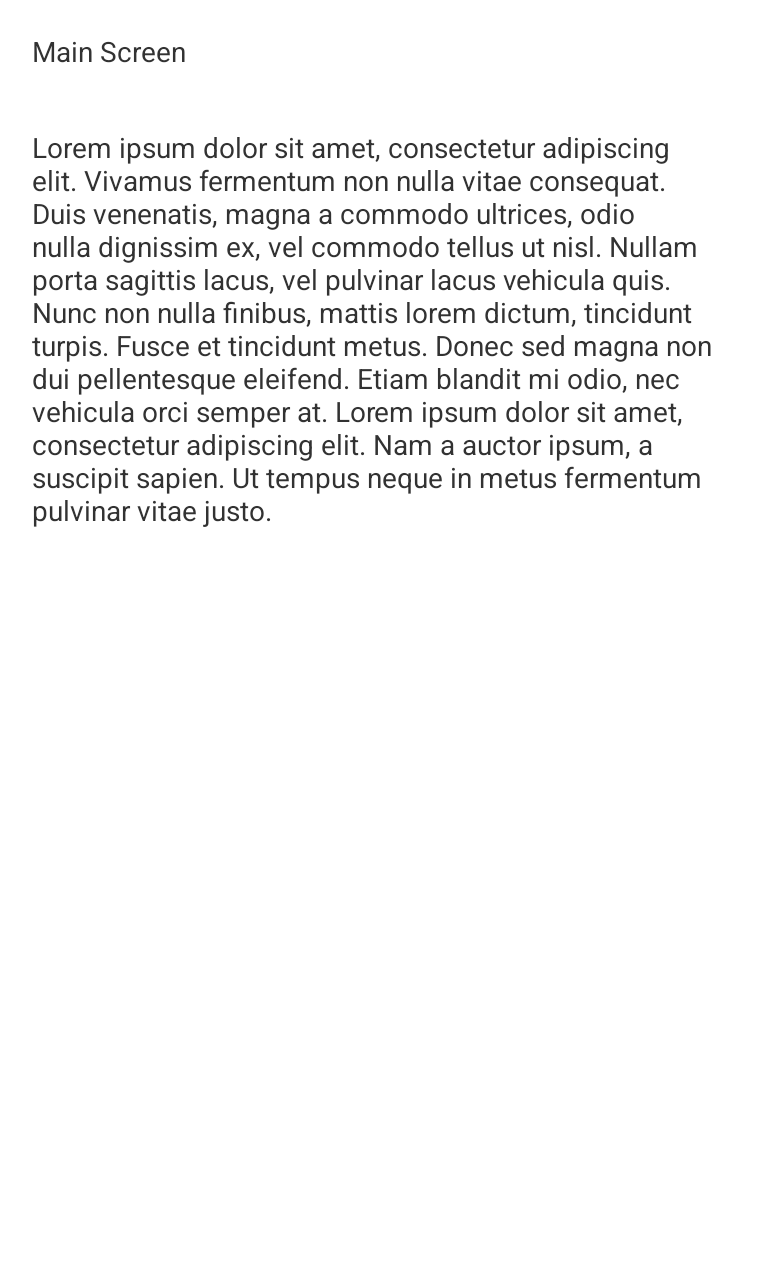
Repository: sam-stewart/in721
Layout: ActivitiesIntentsRequesting/res/layout/activity_data_requesting.xml
An editor plug-in stored every save of this project. The layout is shown before and after the next save, followed by the edit.
It is drawn on a 768 x 1280 px phone screen (xhdpi) without system bars, with theme AppTheme; the app's code is not run.

Above is the layout before, as saved 2015-03-07 03:16:20.

### ActivitiesIntentsRequesting/res/layout/activity_data_requesting.xml
<RelativeLayout xmlns:android="http://schemas.android.com/apk/res/android"
    xmlns:tools="http://schemas.android.com/tools"
    android:layout_width="match_parent"
    android:layout_height="match_parent"
    android:paddingBottom="@dimen/activity_vertical_margin"
    android:paddingLeft="@dimen/activity_horizontal_margin"
    android:paddingRight="@dimen/activity_horizontal_margin"
    android:paddingTop="@dimen/activity_vertical_margin"
    tools:context="bit.stewasc3.activitiesintentsrequesting.DataRequesting" >

    <TextView
        android:id="@+id/textView1"
        android:layout_width="wrap_content"
        android:layout_height="wrap_content"
        android:text="@string/main_screen" />

    <TextView
        android:layout_width="wrap_content"
        android:layout_height="wrap_content"
        android:layout_below="@+id/textView1"
        android:layout_marginTop="29dp"
        android:text="@string/lorem_ipsum" />

</RelativeLayout>

### ActivitiesIntentsRequesting/res/values/strings.xml
<?xml version="1.0" encoding="utf-8"?>
<resources>

    <string name="app_name">ActivitiesIntentsRequesting</string>
    <string name="hello_world">Hello world!</string>
    <string name="action_settings">Settings</string>
    <string name="lorem_ipsum">Lorem ipsum dolor sit amet, consectetur adipiscing elit. Vivamus fermentum non nulla vitae consequat. Duis venenatis, magna a commodo ultrices, odio nulla dignissim ex, vel commodo tellus ut nisl. Nullam porta sagittis lacus, vel pulvinar lacus vehicula quis. Nunc non nulla finibus, mattis lorem dictum, tincidunt turpis. Fusce et tincidunt metus. Donec sed magna non dui pellentesque eleifend. Etiam blandit mi odio, nec vehicula orci semper at. Lorem ipsum dolor sit amet, consectetur adipiscing elit. Nam a auctor ipsum, a suscipit sapien. Ut tempus neque in metus fermentum pulvinar vitae justo.</string>
    <string name="title_activity_data_requesting_settings">DataRequestingSettings</string>
    <string name="main_screen">Main Screen</string>
    <string name="get_colour">Get Text Colour</string>

</resources>

Loaded but not shown: ActivitiesIntentsRequesting/res/values/styles.xml (common file); ActivitiesIntentsRequesting/res/values-v11/styles.xml (common file); ActivitiesIntentsRequesting/res/values-v14/styles.xml (common file); ActivitiesIntentsRequesting/res/values/dimens.xml (common file); ActivitiesIntentsRequesting/res/values-w820dp/dimens.xml (common file)

After the next save:
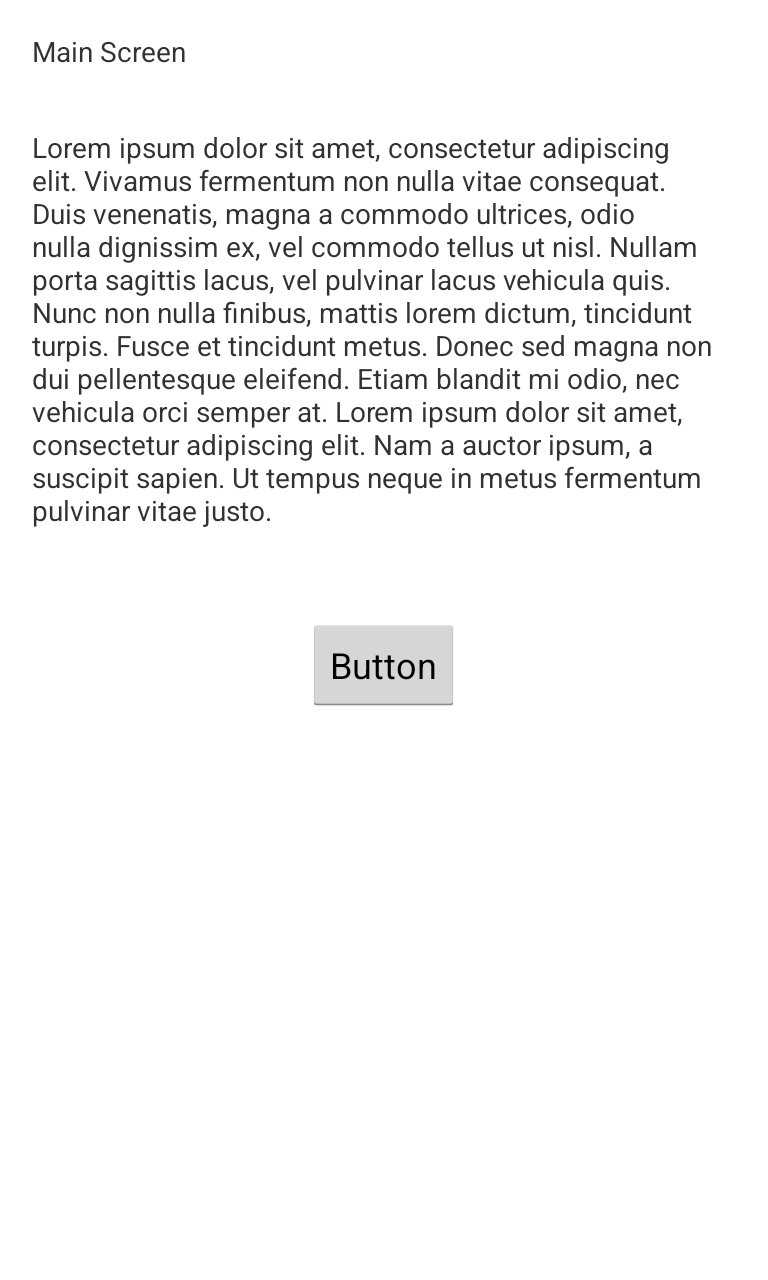
Saved 2 min 34 s later.
--- a/ActivitiesIntentsRequesting/res/layout/activity_data_requesting.xml
+++ b/ActivitiesIntentsRequesting/res/layout/activity_data_requesting.xml
@@ -15,10 +15,20 @@
         android:text="@string/main_screen" />
 
     <TextView
+        android:id="@+id/textView2"
         android:layout_width="wrap_content"
         android:layout_height="wrap_content"
         android:layout_below="@+id/textView1"
         android:layout_marginTop="29dp"
         android:text="@string/lorem_ipsum" />
 
+    <Button
+        android:id="@+id/button1"
+        android:layout_width="wrap_content"
+        android:layout_height="wrap_content"
+        android:layout_below="@+id/textView2"
+        android:layout_centerHorizontal="true"
+        android:layout_marginTop="44dp"
+        android:text="Button" />
+
 </RelativeLayout>
